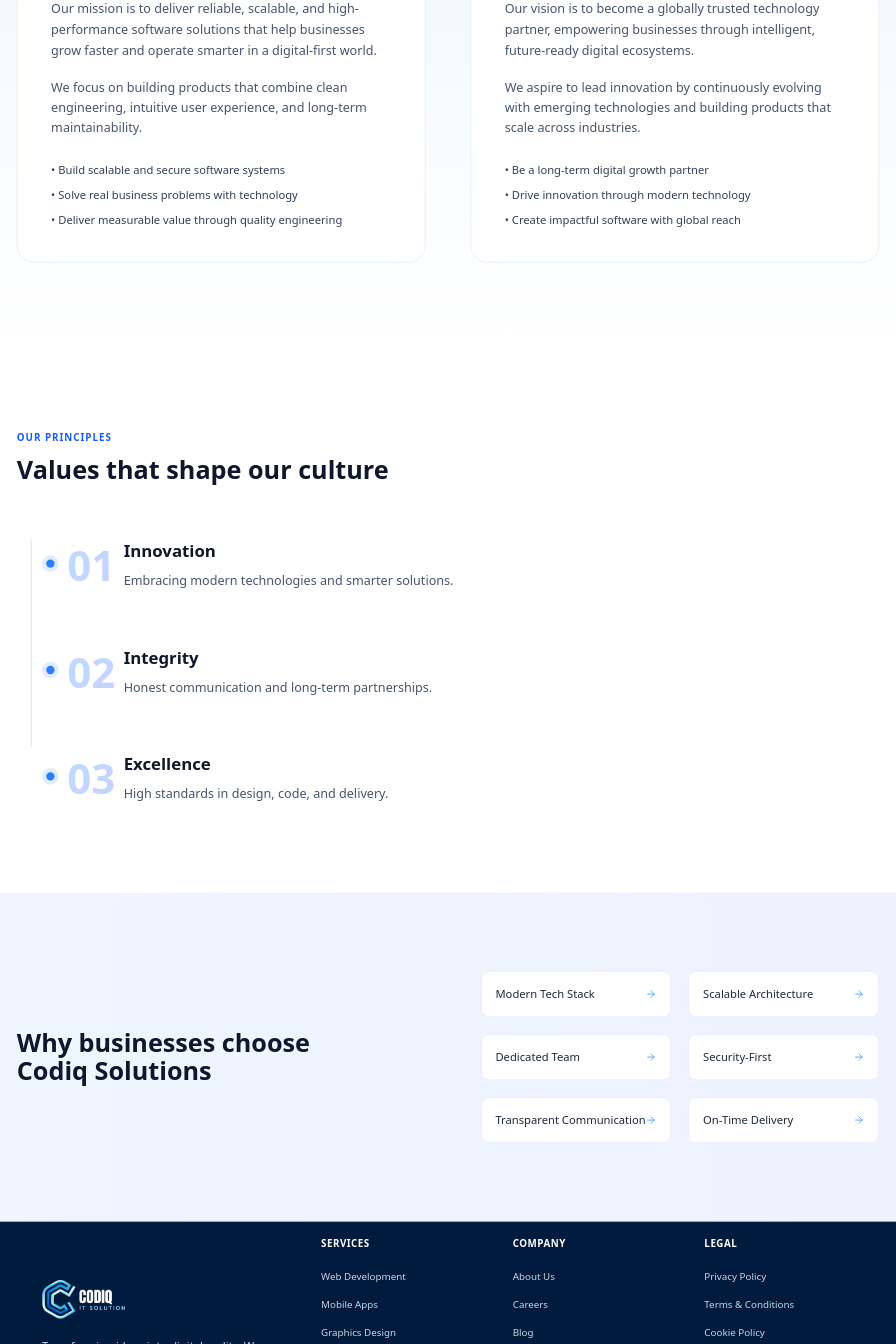
Repository: codiqsolutions/Codiq_Web
Page: /about (app in codiq-main/frontend/)
The author's editor kept a copy of each file at every save. The page is drawn from the files as they stood at one save, then again after the next save.
The browser window is 1280 px wide. The pictures show the part of the page from y = 1253 to 3173 px (the page is 3450 px tall), at 70% of full size.
The project was rebuilt for these pictures with package versions that can differ from the ones it lists, and the page was loaded fresh each time. The framework's server and built-in components were replaced by stand-ins that run in the browser. Also part of the build but not shown: codiq-main/frontend/next.config.ts.

Above is the page before, as saved 2026-01-08 15:18:07.

### codiq-main/frontend/app/layout.tsx
import type { Metadata } from "next";
import { Geist, Geist_Mono } from "next/font/google";
import "./globals.css";
import { Footer } from "@/components/Footer";
import Header from "@/components/Header";

const geistSans = Geist({
  variable: "--font-geist-sans",
  subsets: ["latin"],
});

const geistMono = Geist_Mono({
  variable: "--font-geist-mono",
  subsets: ["latin"],
});

export const metadata: Metadata = {
  title: "Codiq Solutions",
  description:
    "Codiq Solutions offers premium Web development, Mobile apps, and Digital marketing.",
};

export default function RootLayout({
  children,
}: {
  children: React.ReactNode;
}) {
  return (
    <html lang="en" className="scroll-smooth">
      <body
        className={`${geistSans.variable} ${geistMono.variable} antialiased min-h-screen flex flex-col font-sans`}
      >
        <Header />
        <main className="flex-grow pt-16">{children}</main>
        <Footer />
      </body>
    </html>
  );
}

### codiq-main/frontend/app/about/page.tsx
"use client"

import { motion } from "framer-motion"
import {
    Code2,
    Target,
    Users,
    Lightbulb,
    ShieldCheck,
    Rocket,
    ArrowRight,
} from "lucide-react"
import { PageHeader } from "@/components/PageHeader"

export default function AboutPage() {
    return (
        <>
            <PageHeader
                title="About Codiq Solutions"
                description="Engineering scalable software products with precision, performance, and purpose."
            />

            {/* INTRO STORY */}
            <section className="relative bg-white py-32 overflow-hidden">
                {/* Color accents */}
                <div className="absolute -top-32 -left-32 h-96 w-96 rounded-full bg-blue-100 blur-3xl opacity-70" />
                <div className="absolute top-1/3 -right-32 h-96 w-96 rounded-full bg-indigo-100 blur-3xl opacity-70" />

                <div className="relative mx-auto max-w-7xl px-6">
                    <div className="grid lg:grid-cols-[1.2fr_0.8fr] gap-20 items-center">
                        <motion.div
                            initial={{ opacity: 0, y: 30 }}
                            whileInView={{ opacity: 1, y: 0 }}
                            viewport={{ once: true }}
                        >
                            <p className="text-sm font-semibold tracking-widest uppercase mb-4 bg-linear-to-r from-blue-600 to-indigo-600 bg-clip-text text-transparent">
                                Our Identity
                            </p>

                            <h2 className="text-5xl font-extrabold leading-tight mb-8 text-slate-900">
                                We build software <br />
                                <span className="bg-linear-to-r from-blue-600 to-indigo-600 bg-clip-text text-transparent">
                                    that scales with ambition.
                                </span>
                            </h2>

                            <p className="text-lg text-slate-600 leading-relaxed mb-6">
                                Codiq Solutions is a technology-driven IT company crafting
                                intelligent digital products for startups and modern businesses.
                            </p>

                            <p className="text-lg text-slate-600 leading-relaxed">
                                We combine engineering excellence with business-first thinking
                                to deliver real impact.
                            </p>
                        </motion.div>

                        {/* Side Highlights */}
                        <motion.div
                            initial={{ opacity: 0, scale: 0.95 }}
                            whileInView={{ opacity: 1, scale: 1 }}
                            viewport={{ once: true }}
                            className="space-y-6"
                        >
                            {[
                                { icon: Code2, label: "Engineering First", color: "from-blue-500 to-indigo-500" },
                                { icon: ShieldCheck, label: "Security Focused", color: "from-indigo-500 to-violet-500" },
                                { icon: Rocket, label: "Growth Ready", color: "from-violet-500 to-purple-500" },
                            ].map((item) => (
                                <div
                                    key={item.label}
                                    className="flex items-center gap-5 rounded-2xl border border-slate-200 bg-white p-6 shadow-sm hover:shadow-lg transition"
                                >
                                    <div
                                        className={`flex h-12 w-12 items-center justify-center rounded-xl bg-linear-to-br ${item.color} text-white`}
                                    >
                                        <item.icon className="h-6 w-6" />
                                    </div>
                                    <span className="text-lg font-semibold text-slate-800">
                                        {item.label}
                                    </span>
                                </div>
                            ))}
                        </motion.div>
                    </div>
                </div>
            </section>

            {/* MISSION & VISION */}
            <section className="bg-linear-to-b from-blue-50 to-white py-28">
                <div className="mx-auto max-w-7xl px-6">
                    <div className="grid md:grid-cols-2 gap-16">

                        {/* MISSION */}
                        <motion.div
                            whileHover={{ y: -8 }}
                            className="rounded-3xl bg-white p-12 border border-blue-100 transition hover:shadow-xl"
                        >
                            <Target className="h-10 w-10 text-blue-600 mb-6" />

                            <h3 className="text-3xl font-bold text-slate-900 mb-6">
                                Our Mission
                            </h3>

                            <p className="text-lg text-slate-600 leading-relaxed mb-6">
                                Our mission is to deliver reliable, scalable, and high-performance
                                software solutions that help businesses grow faster and operate
                                smarter in a digital-first world.
                            </p>

                            <p className="text-lg text-slate-600 leading-relaxed mb-8">
                                We focus on building products that combine clean engineering,
                                intuitive user experience, and long-term maintainability.
                            </p>

                            <ul className="space-y-3 text-slate-700 font-medium">
                                <li>• Build scalable and secure software systems</li>
                                <li>• Solve real business problems with technology</li>
                                <li>• Deliver measurable value through quality engineering</li>
                            </ul>
                        </motion.div>

                        {/* VISION */}
                        <motion.div
                            whileHover={{ y: -8 }}
                            className="rounded-3xl bg-white p-12 border border-indigo-100 transition hover:shadow-xl"
                        >
                            <Lightbulb className="h-10 w-10 text-indigo-600 mb-6" />

                            <h3 className="text-3xl font-bold text-slate-900 mb-6">
                                Our Vision
                            </h3>

                            <p className="text-lg text-slate-600 leading-relaxed mb-6">
                                Our vision is to become a globally trusted technology partner,
                                empowering businesses through intelligent, future-ready digital
                                ecosystems.
                            </p>

                            <p className="text-lg text-slate-600 leading-relaxed mb-8">
                                We aspire to lead innovation by continuously evolving with emerging
                                technologies and building products that scale across industries.
                            </p>

                            <ul className="space-y-3 text-slate-700 font-medium">
                                <li>• Be a long-term digital growth partner</li>
                                <li>• Drive innovation through modern technology</li>
                                <li>• Create impactful software with global reach</li>
                            </ul>
                        </motion.div>

                    </div>
                </div>
            </section>

            {/* VALUES */}
            <section className="bg-white py-32">
                <div className="mx-auto max-w-7xl px-6">
                    <div className="mb-20 max-w-2xl">
                        <p className="text-sm font-semibold tracking-widest uppercase mb-4 text-blue-600">
                            Our Principles
                        </p>
                        <h2 className="text-4xl font-extrabold text-slate-900">
                            Values that shape our culture
                        </h2>
                    </div>

                    <div className="relative space-y-20 pl-12">
                        {/* Timeline line */}
                        <div className="absolute left-5 top-0 bottom-0 w-px bg-slate-300" />

                        {[
                            {
                                title: "Innovation",
                                desc: "Embracing modern technologies and smarter solutions.",
                            },
                            {
                                title: "Integrity",
                                desc: "Honest communication and long-term partnerships.",
                            },
                            {
                                title: "Excellence",
                                desc: "High standards in design, code, and delivery.",
                            },
                        ].map((value, i) => (
                            <motion.div
                                key={value.title}
                                initial={{ opacity: 0, x: -40 }}
                                whileInView={{ opacity: 1, x: 0 }}
                                viewport={{ once: true }}
                                transition={{ delay: i * 0.1 }}
                                className="relative flex items-center gap-3 pl-6"
                            >
                                {/* Timeline dot */}
                                <div className="absolute -left-[6px] top-7 h-3 w-3 rounded-full bg-blue-500 shadow-[0_0_0_6px_rgba(59,130,246,0.15)]" />

                                <div className="text-6xl font-extrabold bg-linear-to-br from-blue-200 to-indigo-200 bg-clip-text text-transparent">
                                    {String(i + 1).padStart(2, "0")}
                                </div>

                                <div>
                                    <h3 className="text-2xl font-bold text-slate-900 mb-3">
                                        {value.title}
                                    </h3>
                                    <p className="text-lg text-slate-600 max-w-2xl">
                                        {value.desc}
                                    </p>
                                </div>
                            </motion.div>
                        ))}
                    </div>
                </div>
            </section>

            {/* WHY CODIQ */}
            <section className="bg-linear-to-r from-blue-50 to-indigo-50 py-28">
                <div className="mx-auto max-w-7xl px-6">
                    <div className="flex flex-col lg:flex-row lg:items-center lg:justify-between gap-12">
                        <h2 className="text-4xl font-extrabold text-slate-900 max-w-xl">
                            Why businesses choose <br /> Codiq Solutions
                        </h2>

                        <div className="grid sm:grid-cols-2 gap-6 max-w-xl">
                            {[
                                "Modern Tech Stack",
                                "Scalable Architecture",
                                "Dedicated Team",
                                "Security-First",
                                "Transparent Communication",
                                "On-Time Delivery",
                            ].map((point) => (
                                <div
                                    key={point}
                                    className="flex items-center justify-between rounded-xl bg-white border border-blue-100 p-5 hover:shadow-lg transition"
                                >
                                    <span className="font-medium text-slate-800">{point}</span>
                                    <ArrowRight className="h-4 w-4 text-blue-400" />
                                </div>
                            ))}
                        </div>
                    </div>
                </div>
            </section>
        </>
    )
}

### codiq-main/frontend/app/globals.css
@import "tailwindcss";

:root {
  /* Brand Colors - Electric Blue & Deep Space */
  --primary: #2563eb;
  /* Blue-600 */
  --primary-hover: #1d4ed8;
  /* Blue-700 */
  --primary-light: #dbeafe;
  /* Blue-100 */
  --text-primary: #0f172a;
  /* Slate-900 */
  --text-muted: #475569;
  /* Slate-600 */
  --primary-foreground: 255, 255, 255;

  --secondary: 15, 23, 42;
  /* slate-900 */
  --secondary-foreground: 255, 255, 255;

  --accent: 79, 70, 229;
  /* indigo-600 */
  --accent-foreground: 255, 255, 255;

  /* Backgrounds */
  --background: 255, 255, 255;
  --foreground: 15, 23, 42;

  --glass-border: 226, 232, 240;
  /* slate-200 */

  --radius: 0.75rem;
}

@media (prefers-color-scheme: dark) {
  :root {
    --background: 2, 6, 23;
    /* slate-950 */
    --foreground: 248, 250, 252;
    /* slate-50 */

    --glass-border: 30, 41, 59;
    /* slate-800 */

    /* Adjust secondary for dark mode contrast */
    --secondary: 248, 250, 252;
    --secondary-foreground: 15, 23, 42;
  }
}

body {
  color: rgb(var(--foreground));
  background-color: rgb(var(--background));
  background-image:
    radial-gradient(circle at 50% 0%, rgba(var(--primary), 0.15) 0%, transparent 50%),
    radial-gradient(circle at 100% 0%, rgba(var(--accent), 0.1) 0%, transparent 50%);
  min-height: 100vh;
  font-feature-settings: "ss01", "ss02", "cv01", "cv02";
  -webkit-font-smoothing: antialiased;
}

/* Utilities */
@utility glass {
  @apply backdrop-blur-xl bg-white/70 dark:bg-slate-950/70 border border-slate-200/50 dark:border-slate-800/50;
}

@utility glass-nav {
  @apply backdrop-blur-xl bg-white/80 dark:bg-slate-950/80 border border-slate-200/50 dark:border-slate-800/50 shadow-sm supports-[backdrop-filter]:bg-white/60 supports-[backdrop-filter]:dark:bg-slate-950/60;
}

@utility premium-card {
  @apply bg-white dark:bg-slate-900/50 border border-slate-200 dark:border-slate-800 rounded-2xl shadow-sm hover:shadow-xl transition-all duration-300 hover:border-blue-500/30 dark:hover:border-blue-500/30 hover:-translate-y-1;
}

@utility text-balance {
  text-wrap: balance;
}

@utility text-pretty {
  text-wrap: pretty;
}

@layer base {
  * {
    @apply border-gray-200 dark:border-gray-800;
  }
}

### codiq-main/frontend/components/PageHeader.tsx
"use client"

import { motion } from "framer-motion"

interface PageHeaderProps {
    title: string
    description: string
}

export function PageHeader({ title, description }: PageHeaderProps) {
    return (
        <div className="bg-slate-50 dark:bg-slate-900/50 py-20 pb-24 text-center">
            <div className="mx-auto max-w-7xl px-4 sm:px-6 lg:px-8">
                <motion.h1
                    initial={{ opacity: 0, y: 20 }}
                    animate={{ opacity: 1, y: 0 }}
                    className="text-4xl font-bold tracking-tight text-slate-900 dark:text-white sm:text-5xl"
                >
                    {title}
                </motion.h1>
                <motion.p
                    initial={{ opacity: 0, y: 20 }}
                    animate={{ opacity: 1, y: 0 }}
                    transition={{ delay: 0.1 }}
                    className="mt-6 text-lg text-slate-600 dark:text-slate-400 max-w-2xl mx-auto"
                >
                    {description}
                </motion.p>
            </div>
        </div>
    )
}

### codiq-main/frontend/components/ui/button.tsx
import * as React from "react"
import { Slot } from "@radix-ui/react-slot"
import { cva, type VariantProps } from "class-variance-authority"

import { cn } from "@/lib/utils"

const buttonVariants = cva(
  "inline-flex items-center justify-center gap-2 whitespace-nowrap rounded-md text-sm font-medium transition-colors focus-visible:outline-none focus-visible:ring-1 focus-visible:ring-ring disabled:pointer-events-none disabled:opacity-50 [&_svg]:pointer-events-none [&_svg]:size-4 [&_svg]:shrink-0",
  {
    variants: {
      variant: {
        default:
          "bg-primary text-primary-foreground shadow hover:bg-primary/90",
        destructive:
          "bg-destructive text-destructive-foreground shadow-sm hover:bg-destructive/90",
        outline:
          "border border-input bg-background shadow-sm hover:bg-accent hover:text-accent-foreground",
        secondary:
          "bg-secondary text-secondary-foreground shadow-sm hover:bg-secondary/80",
        ghost: "hover:bg-accent hover:text-accent-foreground",
        link: "text-primary underline-offset-4 hover:underline",
      },
      size: {
        default: "h-9 px-4 py-2",
        sm: "h-8 rounded-md px-3 text-xs",
        lg: "h-10 rounded-md px-8",
        icon: "h-9 w-9",
      },
    },
    defaultVariants: {
      variant: "default",
      size: "default",
    },
  }
)

export interface ButtonProps
  extends React.ButtonHTMLAttributes<HTMLButtonElement>,
    VariantProps<typeof buttonVariants> {
  asChild?: boolean
}

const Button = React.forwardRef<HTMLButtonElement, ButtonProps>(
  ({ className, variant, size, asChild = false, ...props }, ref) => {
    const Comp = asChild ? Slot : "button"
    return (
      <Comp
        className={cn(buttonVariants({ variant, size, className }))}
        ref={ref}
        {...props}
      />
    )
  }
)
Button.displayName = "Button"

export { Button, buttonVariants }

Loaded but not shown: codiq-main/frontend/lib/utils.ts (common file); codiq-main/frontend/components/Footer.tsx (153 lines, source omitted); codiq-main/frontend/components/Header.tsx (142 lines, source omitted); codiq-main/frontend/components/ui/sheet.tsx (140 lines, source omitted)

After the next save:
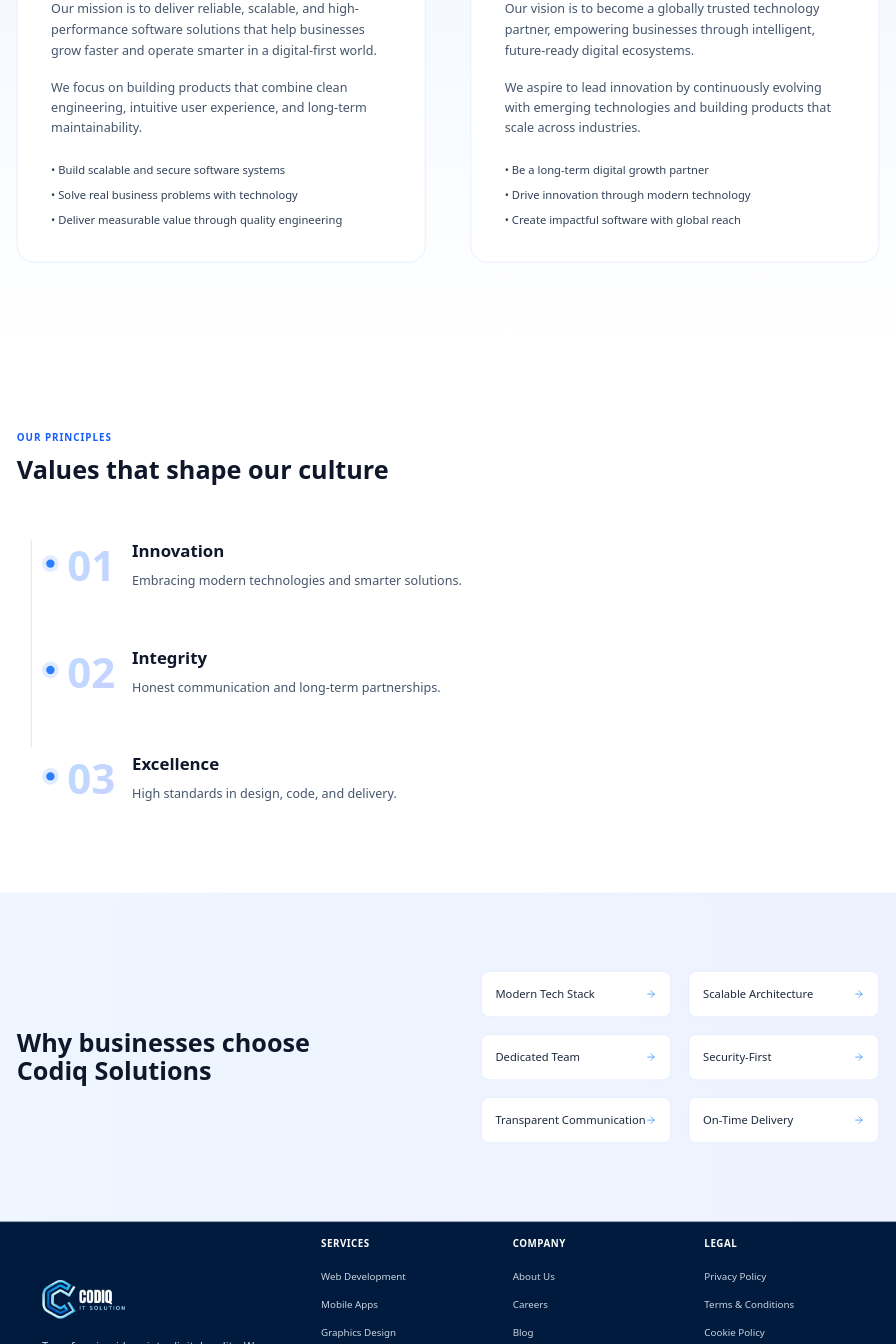
Saved 4 s later.
--- a/codiq-main/frontend/app/about/page.tsx
+++ b/codiq-main/frontend/app/about/page.tsx
@@ -189,7 +189,7 @@ export default function AboutPage() {
                                 whileInView={{ opacity: 1, x: 0 }}
                                 viewport={{ once: true }}
                                 transition={{ delay: i * 0.1 }}
-                                className="relative flex items-center gap-3 pl-6"
+                                className="relative flex items-center gap-6 pl-6"
                             >
                                 {/* Timeline dot */}
                                 <div className="absolute -left-[6px] top-7 h-3 w-3 rounded-full bg-blue-500 shadow-[0_0_0_6px_rgba(59,130,246,0.15)]" />
